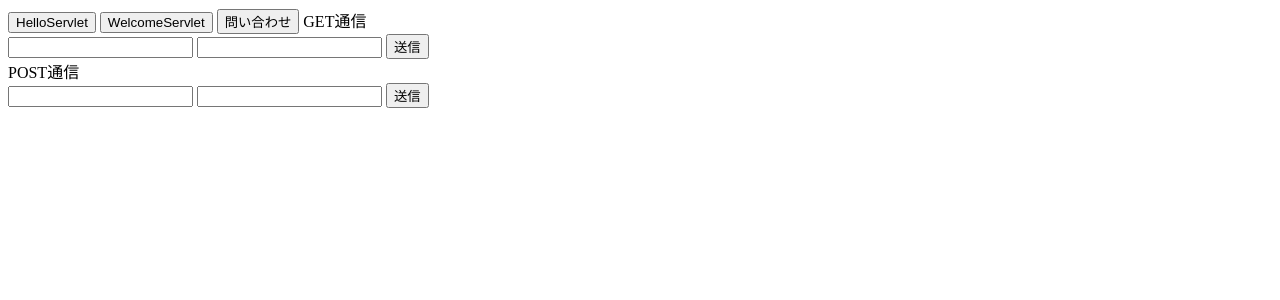
Repository: maifujii/test
Page: http://localhost/HelloServlet/
An editor plug-in stored every save of this project. The page is shown before and after the next save, followed by the edit.
The browser window is 1280 px wide. The pictures show the whole page.
The page is served by Tomcat 9. Other server files are loaded and not shown.

Above is the page before, as saved 2018-07-06 12:38:33.

### HelloServlet/WebContent/index.jsp
<%@ page language="java" contentType="text/html; charset=UTF-8"
    pageEncoding="UTF-8"%>
<!DOCTYPE html>
<html>
<head>
<meta charset="UTF-8">
<title>HelloServlet</title>
</head>
<body>
<input type="button" value="HelloServlet" onClick="location.href='HelloServlet'">
<input type="button" value="WelcomeServlet" onClick="location.href='welcome.jsp'">
<input type="button" value="問い合わせ" onClick="location.href='inquiry.jsp'">
GET通信
<form method="get" action="TestServlet">
	<input type="text" name="username">
	<input type="password" name="password">
	<input type="submit" value="送信">
</form>
POST通信
<form method="post" action="TestServlet">
	<input type="text" name="username">
	<input type="password" name="password">
	<input type="submit" value="送信">
</form>

</body>
</html>

After the next save:
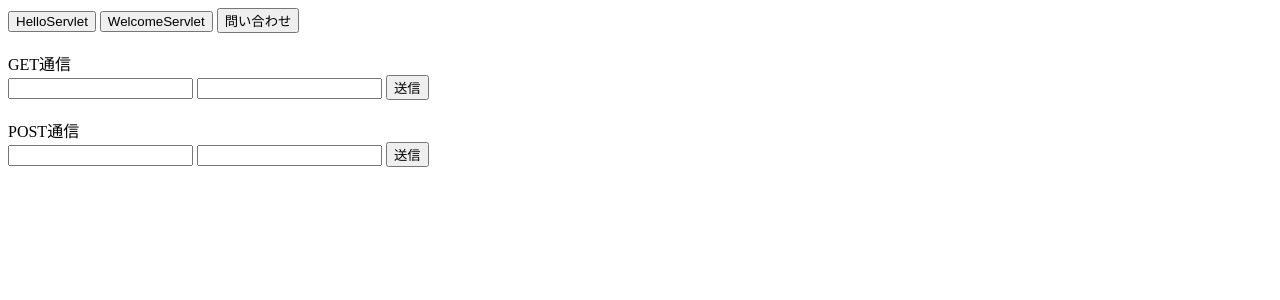
Saved 2 days later.
--- a/HelloServlet/WebContent/index.jsp
+++ b/HelloServlet/WebContent/index.jsp
@@ -10,12 +10,14 @@
 <input type="button" value="HelloServlet" onClick="location.href='HelloServlet'">
 <input type="button" value="WelcomeServlet" onClick="location.href='welcome.jsp'">
 <input type="button" value="問い合わせ" onClick="location.href='inquiry.jsp'">
+<br><br>
 GET通信
 <form method="get" action="TestServlet">
 	<input type="text" name="username">
 	<input type="password" name="password">
 	<input type="submit" value="送信">
 </form>
+<br>
 POST通信
 <form method="post" action="TestServlet">
 	<input type="text" name="username">
